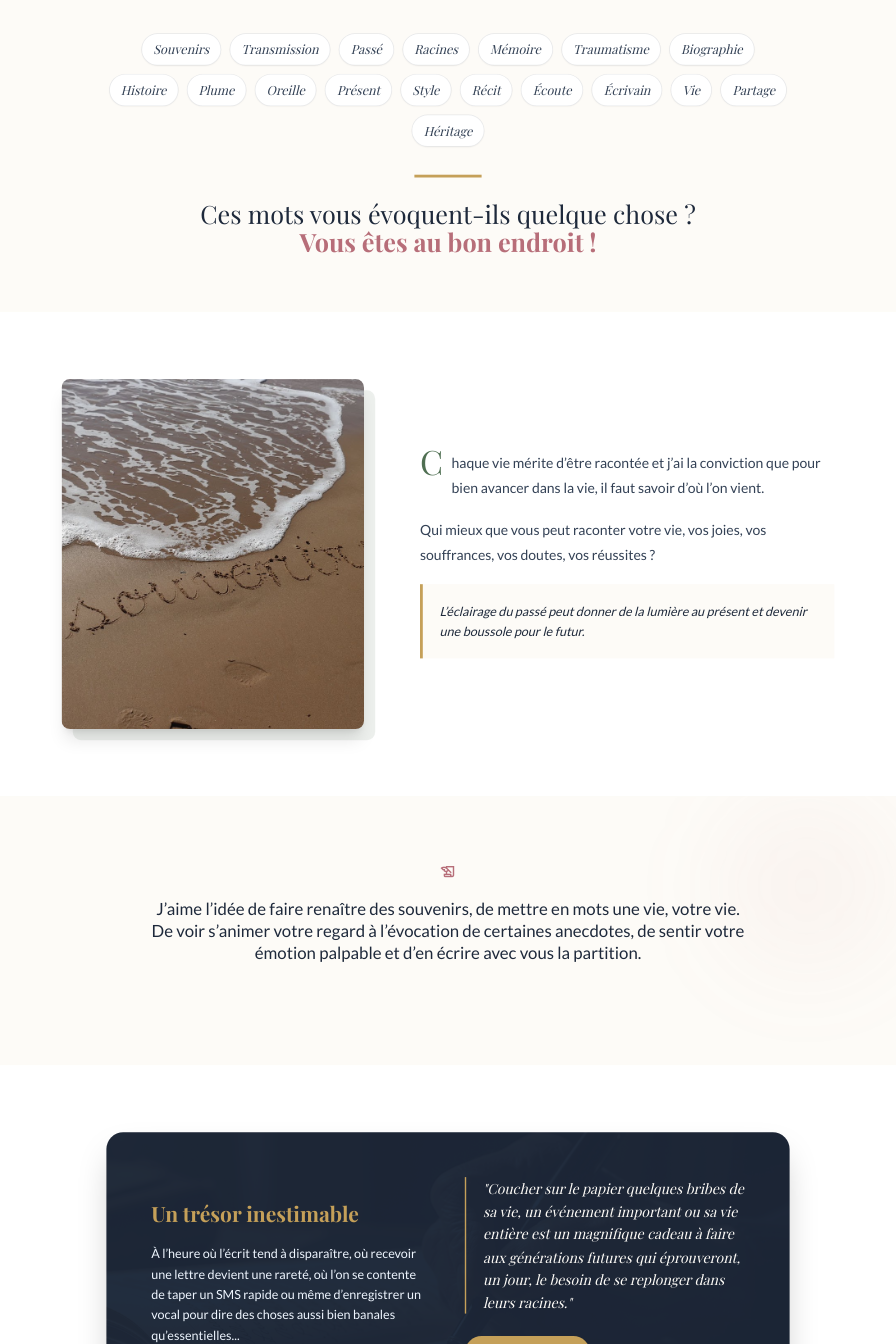
Repository: louisbdc/delphine-biographe
Page: /pour-quoi-faire
These files come from the project's save history. The page is drawn as it stood at one moment and after the next save; the edit follows.
The browser window is 1280 px wide. The pictures show the part of the page from y = 791 to 2711 px (the page is 3363 px tall before and 3377 px after), at 70% of full size.
Some web fonts or font styles are not loaded; a fallback is used. The project was rebuilt for these pictures with package versions that can differ from the ones it lists, and the page was loaded fresh each time. The framework's server and built-in components were replaced by stand-ins that run in the browser. Also part of the build but not shown: next.config.js.

Above is the page before, as saved 2026-01-07 16:51:44.

After the next save:
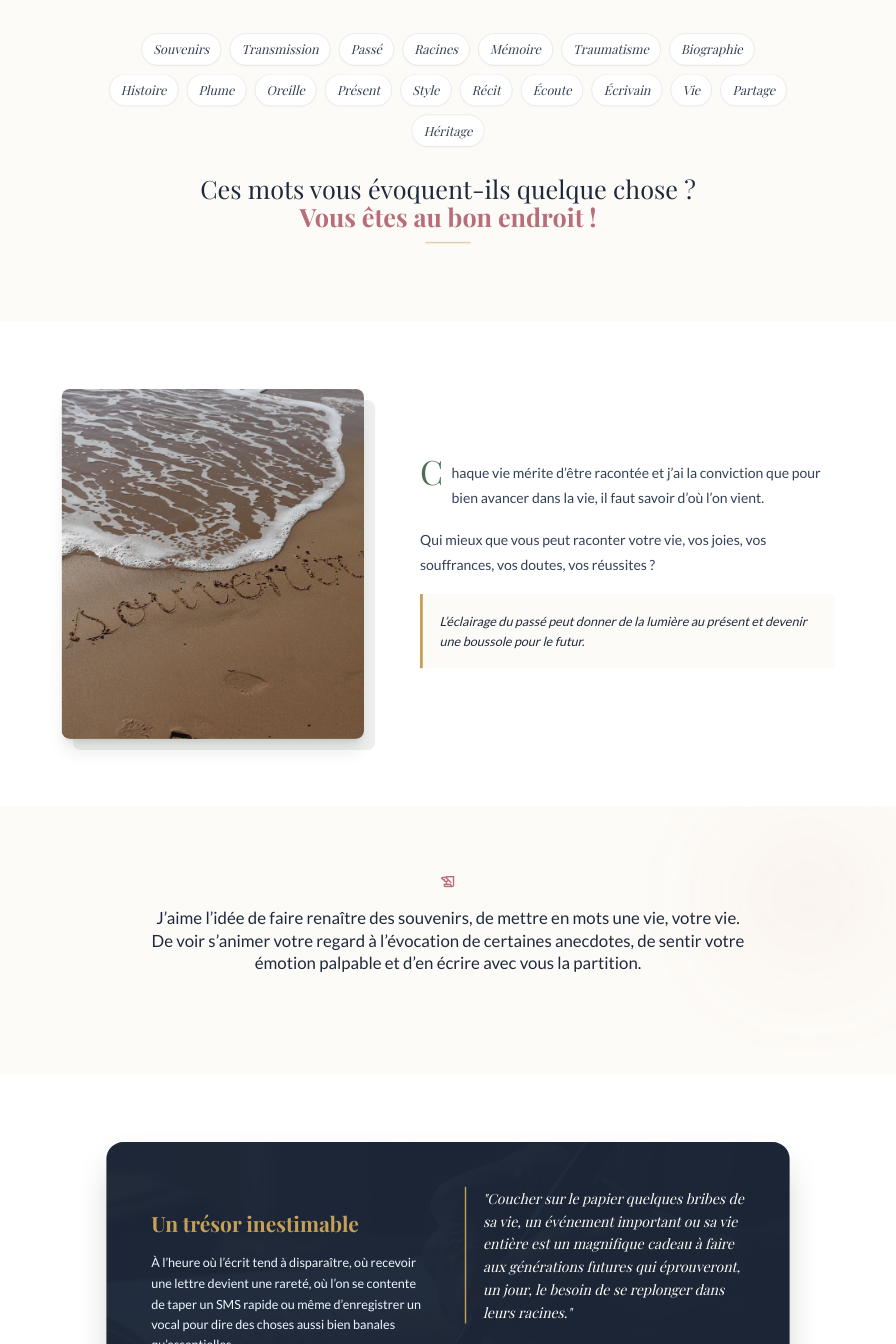
Saved 4 s later.
--- a/app/pour-quoi-faire/page.tsx
+++ b/app/pour-quoi-faire/page.tsx
@@ -50,12 +50,14 @@ export default function PourQuoi() {
             ))}
           </div>
 
-          <div className="w-24 h-1 bg-gold mx-auto mb-8"></div>
-
-          <h2 className="text-3xl md:text-4xl font-serif text-navy">
-            Ces mots vous évoquent-ils quelque chose ? <br/>
-            <span className="text-old-rose font-bold">Vous êtes au bon endroit !</span>
-          </h2>
+          <div className="text-center mb-8">
+            <h2 className="text-3xl md:text-4xl font-serif text-navy mb-4">
+              Ces mots vous évoquent-ils quelque chose ? <br/>
+              <span className="text-old-rose font-bold">Vous êtes au bon endroit !</span>
+            </h2>
+            {/* Séparateur signature */}
+            <div className="w-16 h-0.5 bg-gold/50 mx-auto"></div>
+          </div>
         </div>
       </section>
 
